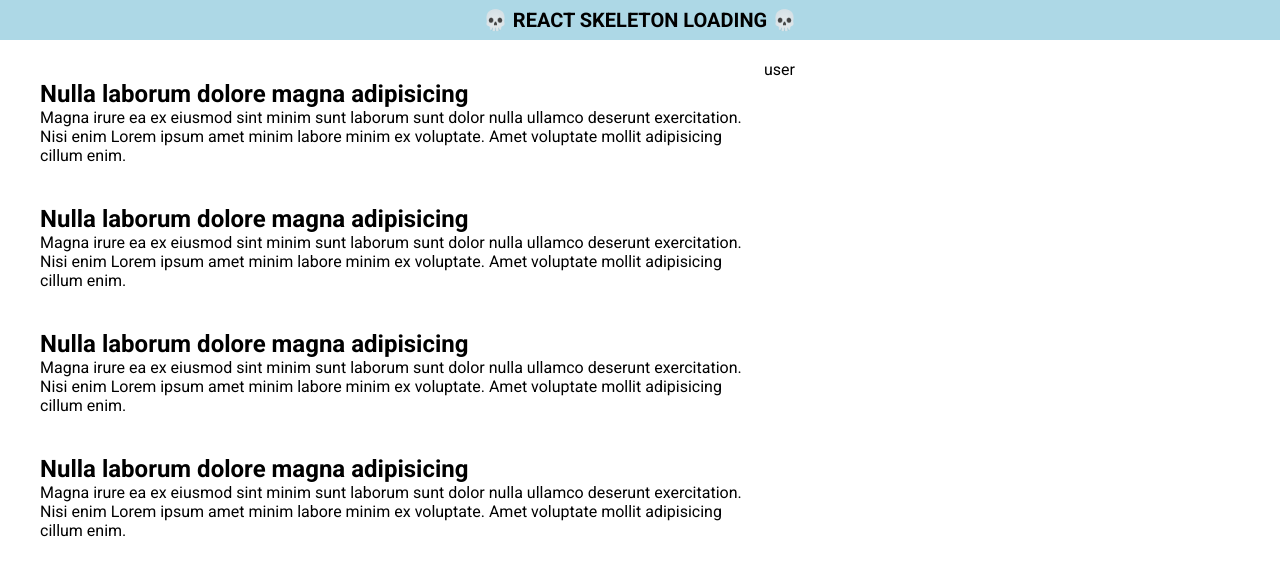
Repository: ethanJones21/React-Skeleton-Loading
Page: /
The author's editor kept a copy of each file at every save. The page is drawn from the files as they stood at one save, then again after a run of saves.
The browser window is 1280 px wide. The pictures show the whole page.
The project was rebuilt for these pictures with package versions that can differ from the ones it lists, and the page was loaded fresh each time.

Above is the page before, as saved 2020-11-26 02:11:01.

### public/index.html
<!DOCTYPE html>
<html lang="en">
  <head>
    <meta charset="utf-8" />
    <link rel="icon" href="%PUBLIC_URL%/favicon.ico" />
    <meta name="viewport" content="width=device-width, initial-scale=1" />
    <meta name="theme-color" content="#000000" />
    <meta name="description" content="React skeleton loading" />
    <link rel="preconnect" href="https://fonts.gstatic.com" />
    <link
      href="https://fonts.googleapis.com/css2?family=Roboto:wght@100;300;400;500;700;900&display=swap"
      rel="stylesheet"
    />
    <title>React Skeleton</title>
  </head>
  <body>
    <noscript>You need to enable JavaScript to run this app.</noscript>
    <div id="root"></div>
  </body>
</html>

### src/App.js
import './App.css';
import Header from './components/Header';
import Posts from './components/Posts';
import User from './components/User';

function App() {
  return (
    <div className="app">
      <Header/>

      <div className="appContainer">
        <Posts/>
        <User/>
      </div>
    </div>
  );
}

export default App;

### src/App.css
*{
    margin: 0;
    font-family: 'Roboto', sans-serif;
}
.appContainer{
    display: flex;
    padding: 20px;
}

### src/components/Header.js
import React from 'react';
import "./Header.css"

const Header = () => {
    return (
        <div className="header">
            <span>💀 REACT SKELETON LOADING 💀 </span>
        </div>
    );
};

export default Header;

### src/components/Posts.js
import React from 'react';
import Post from './Post';
import "./Posts.css"

const Posts = () => {
    return (
        <div className="posts">
            <Post/>
            <Post/>
            <Post/>
            <Post/>
        </div>
    );
};

export default Posts;

### src/components/User.js
import React from 'react';
import "./User.css"

const User = () => {
    return (
        <div className="user">
            user
        </div>
    );
};

export default User;

### src/components/Header.css
.header{
    display: flex;
    align-items: center;
    justify-content: center;
    height: 40px;
    width: 100%;
    background-color: lightblue;
    font-weight: 600;
    font-size: 20px;
}

### src/components/Post.js
import React from "react";
import "./Post.css";

const Post = () => {
  return (
    <div className="post">
      <h2>
        Nulla laborum dolore magna adipisicing
      </h2>
      <p>
        Magna irure ea ex eiusmod sint minim sunt laborum sunt dolor nulla
        ullamco deserunt exercitation. Nisi enim Lorem ipsum amet minim labore
        minim ex voluptate. Amet voluptate mollit adipisicing cillum enim.
      </p>
    </div>
  );
};

export default Post;

### src/components/Posts.css
.posts{
    flex: 0.6;
}

### src/components/User.css
.user {
  flex: 0.4;
}

### src/components/Post.css
.post{
    padding: 20px;
}

Loaded but not shown: src/index.js (common file)

After the next 2 saves:
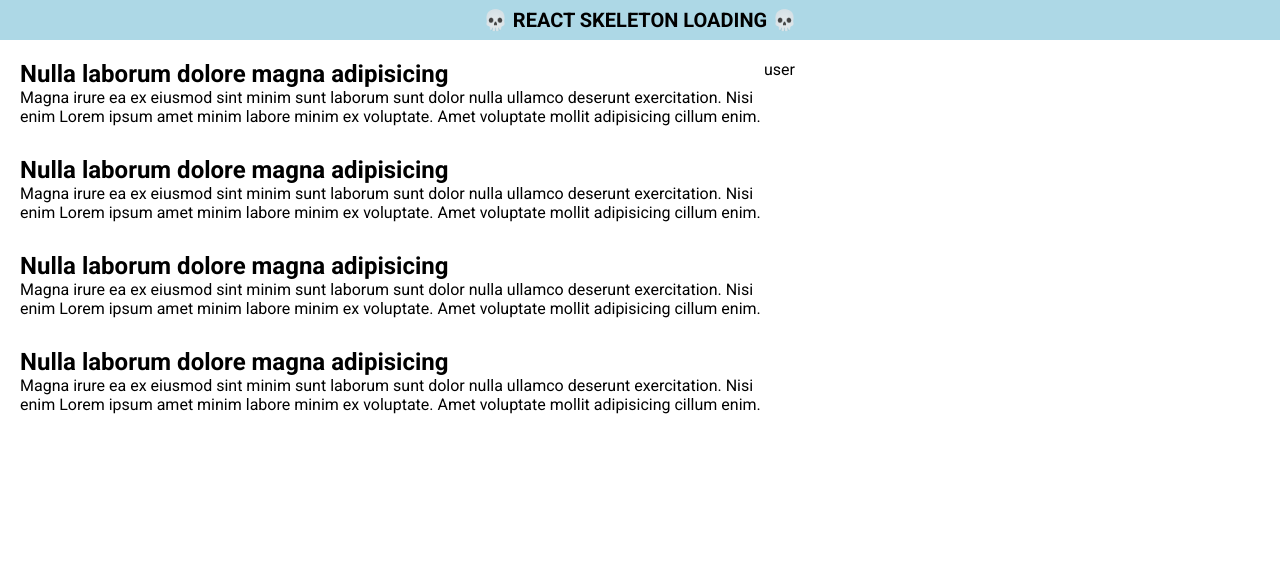
The 2 saves are shown as one change because they came seconds apart.
The last was saved 23 s later.
--- a/src/components/Post.css
+++ b/src/components/Post.css
@@ -1,3 +1,3 @@
 .post{
-    padding: 20px;
+    margin-bottom: 30px;
 }
